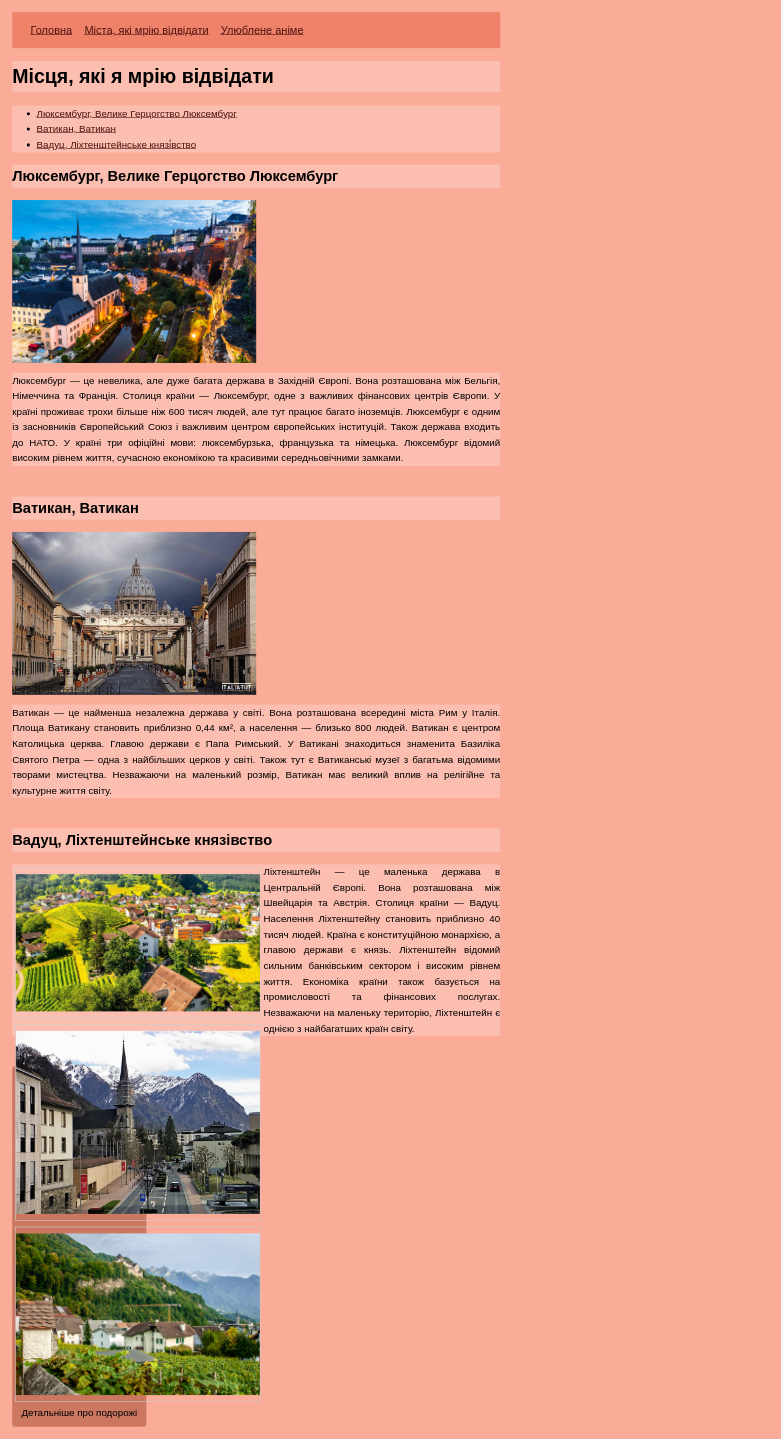
Repository: alexandrastarovoyda-star/homework_info
Page: Mainpr/pr5/html/city.html
An editor plug-in stored every save of this project. The page is shown before and after the next save, followed by the edit.
The browser window is 1280 px wide. The pictures show the whole page, at 61% of full size.

Above is the page before, as saved 2026-04-01 15:13:30.

### Mainpr/pr5/html/city.html
<!DOCTYPE html>
<html lang="uk">
<head>
    <meta charset="UTF-8">
    <meta name="viewport" content="width=device-width, initial-scale=1.0">
    <title>Місця, які я мрію відвідати</title>
    <link rel="stylesheet" href="../css/city.css">
    <link rel="stylesheet" href="../css/all.css">
</head>
<body>
    <div id="navbar"></div>
    <h1>Місця, які я мрію відвідати</h1>

    <ul>
        <li><a href="#luxemburg">Люксембург, Велике Герцогство Люксембург</a></li>
        <li><a href="#vatikan">Ватикан, Ватикан</a></li>
        <li><a href="#vaduz">Вадуц, Ліхтенштейнське князі́вство</a></li>
    </ul>

    <section id="luxemburg">
        <h2> Люксембург, Велике Герцогство Люксембург</h2>
        <img src="../img/Lux-1.jpg" alt="Люксембург" width="50%">
        <p align= 'justify'> Люксембург — це невелика, але дуже багата держава в Західній Європі. Вона розташована між Бельгія, Німеччина та Франція. Столиця країни — Люксембург, одне з важливих фінансових центрів Європи. У країні проживає трохи більше ніж 600 тисяч людей, але тут працює багато іноземців. Люксембург є одним із засновників Європейський Союз і важливим центром європейських інституцій. Також держава входить до НАТО. У країні три офіційні мови: люксембурзька, французька та німецька. Люксембург відомий високим рівнем життя, сучасною економікою та красивими середньовічними замками. </p>
    </section>

    <section id="vatikan">
        <h2>Ватикан, Ватикан</h2>
        <img src="../img/san_pietro_arcobaleno.jpg" alt="Ватикан" width="50%">
        <p align= 'justify'>Ватикан — це найменша незалежна держава у світі. Вона розташована всередині міста Рим у Італія. Площа Ватикану становить приблизно 0,44 км², а населення — близько 800 людей. Ватикан є центром Католицька церква. Главою держави є Папа Римський. У Ватикані знаходиться знаменита Базиліка Святого Петра — одна з найбільших церков у світі. Також тут є Ватиканські музеї з багатьма відомими творами мистецтва. Незважаючи на маленький розмір, Ватикан має великий вплив на релігійне та культурне життя світу.</p>
    </section>

    <section id="vaduz">
        <h2>Вадуц, Ліхтенштейнське князівство</h2>
        <div class="gallery">
        <img src="../img/Balzers-village-in-Liechten_0.jpg" alt="Вадуц" width="50%">
        </div>
         <div class="gallery">
        <img src="../img/vad2.jpg" alt="Вадуц" width="50%">
        </div>
         <div class="gallery">
        <img src="../img/vad3.jpg" alt="Вадуц" width="50%">
        </div>
        <p align= 'justify'>Ліхтенштейн — це маленька держава в Центральній Європі. Вона розташована між Швейцарія та Австрія. Столиця країни — Вадуц. Населення Ліхтенштейну становить приблизно 40 тисяч людей. Країна є конституційною монархією, а главою держави є князь. Ліхтенштейн відомий сильним банківським сектором і високим рівнем життя. Економіка країни також базується на промисловості та фінансових послугах. Незважаючи на маленьку територію, Ліхтенштейн є однією з найбагатших країн світу.</p>
    </section>

    <a class="back-to-top" href="https://www.accordtour.com/avtobusni_tury_bez_nichnykh_pereyizdiv/likhtenshteyn" target="_blank">Детальніше про подорожі</a>
    <script src="../js/navbar2.js"></script>
</body>
</html>

### Mainpr/pr5/css/city.css
 body {
    background-color: rgba(250, 164, 143, 0.911);/*колір фону сторінки*/
    width: 800px; /*ширина сторінки*/
    font-size: 16px; /*розмір тексту*/
    font-family: Arial, sans-serif; /*шрифт*/
    margin: 20px; /*відступ від країв*/
    line-height: 1.6; /*міжрядковий інтервал*/
}
section {
    margin-bottom: 50px; /*відступ знизу секції*/
}
img {
    max-width: 100%; /*максимальна ширина*/
    height: auto; /*висота*/
    display: block; /*зображення відображається як блочний елемент*/
    margin: 10px 0; /*відступи зліва та зправа  відсутні, 10 пікселів зверху і знизу*/
}
.back-to-top {
    display: block; /*відображається як блочний елемент*/
    margin: 20px 0; /*відступи зліва та зправа  відсутні, 20 пікселів зверху і знизу*/
    padding: 10px; /* внутрішній відступ всередині кнопки */
    background:  #ac543996; /*колір фону кнопки*/
    color: rgb(0, 0, 0); /*колір тексту кнопки*/
    text-align: center; /*положення кнопки по центру*/
    text-decoration: none; /*прибирає підкреслення посилання*/
    width: 200px; /*ширина кнопки*/
    border-radius: 5px; /*заокруглення кутів*/
}
.back-to-top:hover {
    background: #ac5439; /*зміна кольору кнопки при наведенні*/
}

h2, p, h1, ul{
    background-color: rgba(255, 255, 255, 0.219); /*колір фону тексту*/
}
div.gallery {

margin: 5px;

border: 1px solid #ccc;

float: left;

width: 400px;

}

div.gallery:hover {

border: 1px solid #777;

}

div.gallery img {

width: 100%;

height: auto;

}

### Mainpr/pr5/css/all.css
.navbar {
    display: flex;
    gap: 20px;
    background-color: rgba(238, 128, 101, 0.911);;
    padding: 15px 30px;
}

.navbar a {
    font-size: 18px;
}
a {
    color: rgb(80, 17, 17);
}
a:hover {
    color: brown;
}

### Mainpr/pr5/js/navbar2.js
const nav = document.createElement('nav');
nav.className = 'navbar';

const links = [
    { text: 'Головна', href: '../index.html' },
    { text: 'Міста, які мрію відвідати', href: 'city.html' },
    { text: 'Улюблене аніме', href: 'anime.html' }
];

links.forEach(link => {
    const a = document.createElement('a');
    a.textContent = link.text;
    a.href = link.href;
    nav.appendChild(a);
});

document.getElementById('navbar').appendChild(nav);

After the next save:
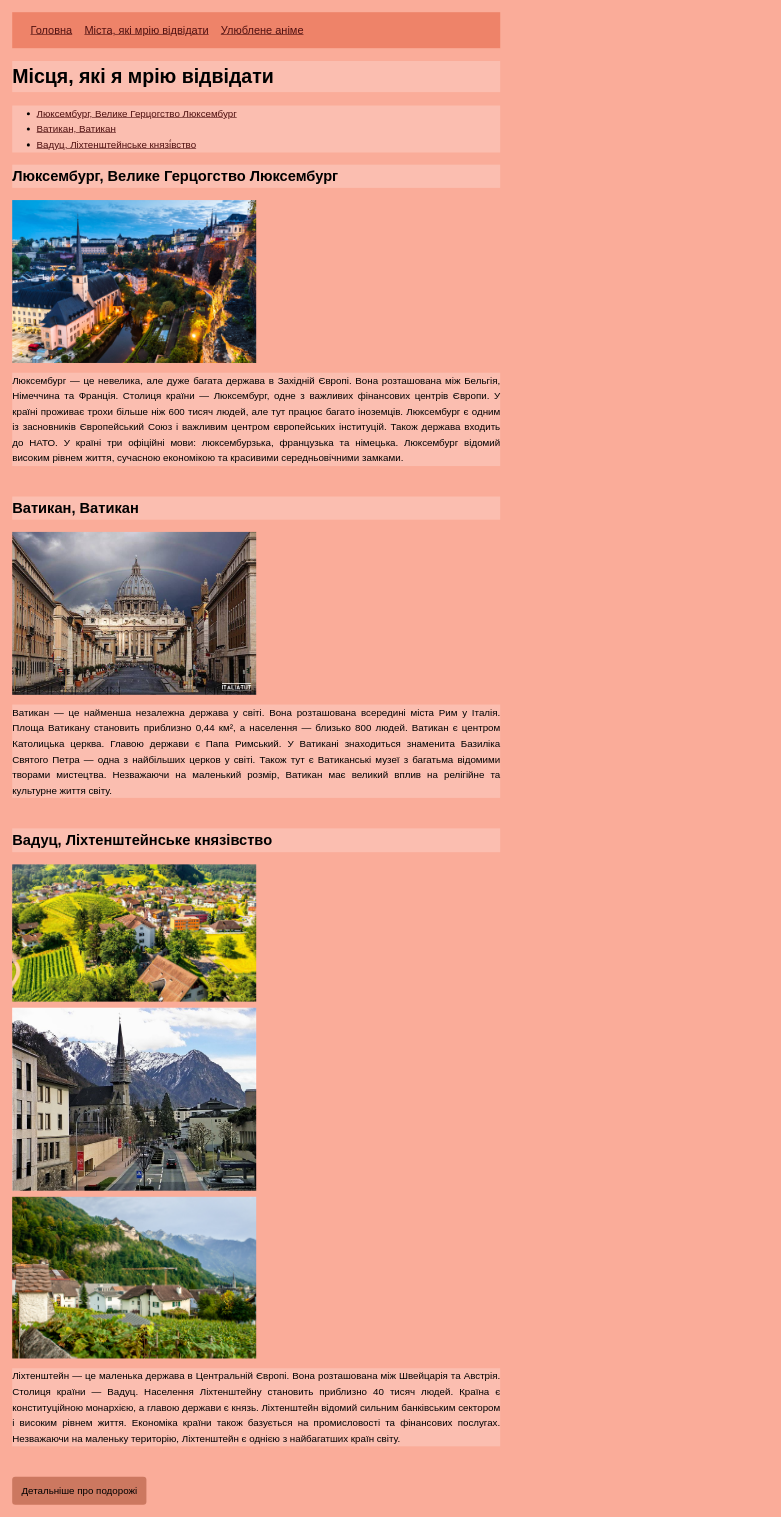
Saved 68 s later.
--- a/Mainpr/pr5/css/city.css
+++ b/Mainpr/pr5/css/city.css
@@ -33,28 +33,9 @@
 h2, p, h1, ul{
     background-color: rgba(255, 255, 255, 0.219); /*колір фону тексту*/
 }
-div.gallery {
 
-margin: 5px;
-
-border: 1px solid #ccc;
-
-float: left;
-
-width: 400px;
-
+.block {
+    display: flex;
+    align-items: top;
+    gap: 15px;
 }
-
-div.gallery:hover {
-
-border: 1px solid #777;
-
-}
-
-div.gallery img {
-
-width: 100%;
-
-height: auto;
-
-}
